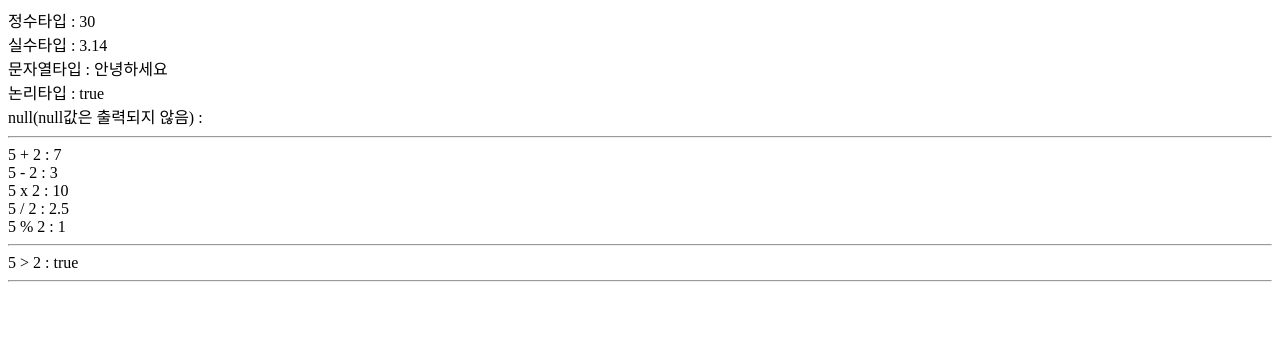
Repository: YooMyeongSeon/JSP_Servlet_Study
Page: http://localhost/web07/Ex_02.jsp
The author's editor kept a copy of each file at every save. The page is drawn from the files as they stood at one save, then again after the next save.
The browser window is 1280 px wide. The pictures show the whole page.
The page is served by Tomcat 9. Other server files are loaded and not shown.

Above is the page before, as saved 2022-06-10 01:09:37.

### web07/WebContent/Ex_02.jsp
<%@ page language="java" contentType="text/html; charset=UTF-8"
    pageEncoding="UTF-8"%>
<!DOCTYPE html>
<html>
<head>
<meta charset="UTF-8">
<title>Insert title here</title>
</head>
<body>
	<%-- El 표기법 --%>

	<%-- 1. 데이터(숫자, 문자열 등)를 그대로 출력한다. --%>
	정수타입 : ${30}<br>
	실수타입 : ${3.14}<br>
	문자열타입 : ${"안녕하세요"}<br>
	논리타입 : ${true}<br>
	null(null값은 출력되지 않음) : ${null}
	<hr>
	<%-- 2. 산술연산이 가능하다. --%>
	5 + 2 : ${5+2}<br>
	5 - 2 : ${5-2}<br>
	5 x 2 : ${5*2}<br>
	5 / 2 : ${5/2}<br>
	5 % 2 : ${5%2}
	<hr>

	<%-- 3. 비교연산이 가능하다. --%>
	5 > 2 : ${5>2}<br>
	<hr>

</body>
</html>

After the next save:
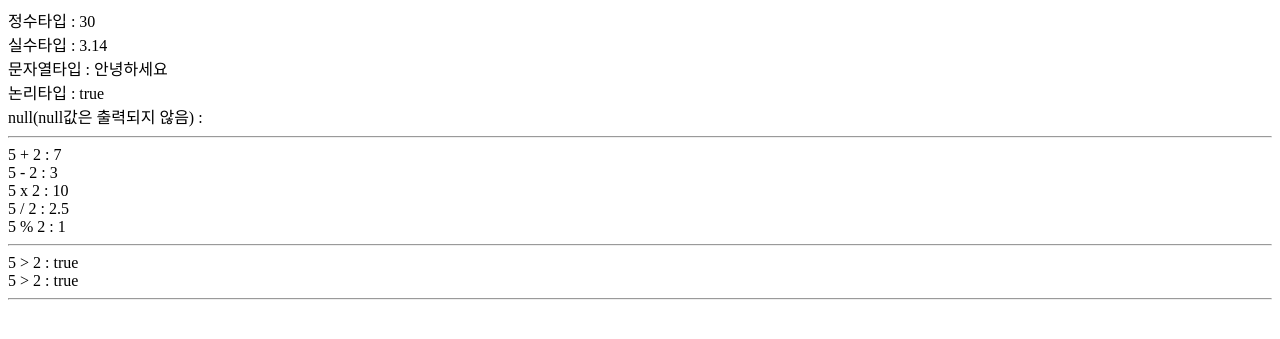
Saved 94 s later.
--- a/web07/WebContent/Ex_02.jsp
+++ b/web07/WebContent/Ex_02.jsp
@@ -24,8 +24,9 @@
 	5 % 2 : ${5%2}
 	<hr>
 
-	<%-- 3. 비교연산이 가능하다. --%>
+	<%-- 3. 비교연산이 가능하다. (==(eq), !=(ne), <(lt), gt ), <=(le), ge)--%>
 	5 > 2 : ${5>2}<br>
+	5 > 2 : ${5 gt 2}<br>
 	<hr>
 
 </body>
